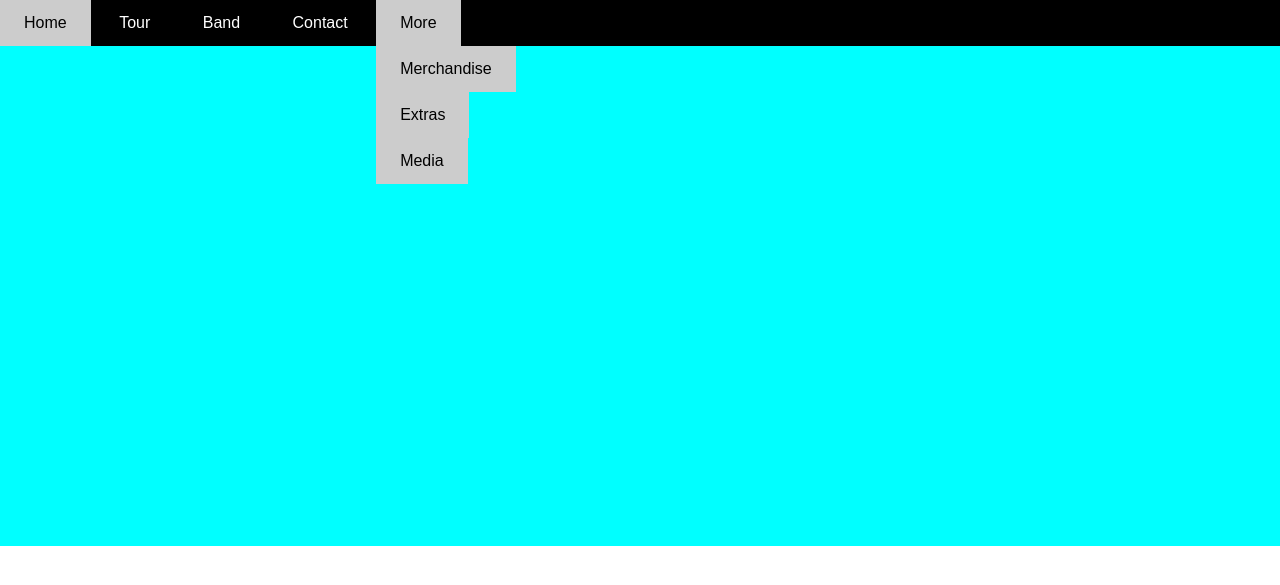
Repository: maivannhan1998/git-w3band
Page: index.html
An editor plug-in stored every save of this project. The page is shown before and after the next save, followed by the edit.
The browser window is 1280 px wide. The pictures show the whole page.
The pointer rests on the first visible `#nav .subnav li`.

Above is the page before, as saved 2021-09-04 18:52:11.

### index.html
<!DOCTYPE html>
<html lang="en">
<head>
    <meta charset="UTF-8">
    <meta http-equiv="X-UA-Compatible" content="IE=edge">
    <meta name="viewport" content="width=device-width, initial-scale=1.0">
    <title>Document</title>
    <link rel="stylesheet" href="./asset/css/style.css">
</head>
<body>
    <div id="main">
        <div id="header">
            <ul id="nav">
                <li><a href="">Home</a></li>
                <li><a href="">Tour</a></li>
                <li><a href="">Band</a></li>
                <li><a href="">Contact</a></li>
                <li><a href="">More</a>
                    <ul class="subnav">
                        <li><a href="">Merchandise</a></li>
                        <li><a href="">Extras</a></li>
                        <li><a href="">Media</a></li>
                    </ul>
                </li>
            </ul>
        </div>

        <div id="slider">

        </div>

        <div id="content">

        </div>

        <div id="footer">

        </div>
    </div>
</body>
</html>

### asset/css/style.css
/* Reset CSS*/
*{
    padding: 0;
    margin: 0;
    box-sizing: border-box;
}

html{
    font-family: Arial, Helvetica, sans-serif;
}

#main{

}

#header{
    height: 46px;
    background-color: #000;
}

/* #nav > li {
    display: block;
} */

#nav li{
    position: relative;
    display: inline-block;
}

#nav > li > a {
    color: #fff;
}

#nav li a {
    text-decoration: none;
    padding: 0 24px;
    line-height: 46px;
    display: inline-block;
}
#nav .subnav li:hover a,
#nav li:hover a {
    color: #000;
    background-color: #ccc;
}

#nav .subnav {
    /* display: none; */
    position: absolute;
    top: 100%;
    left: 0;
}

#nav .subnav a {
    color: #000;
    background-color: #fff;
}

#slider{
    min-height: 500px;
    background-color: aqua;
}

#content{

}

#footer{

}

After the next save:
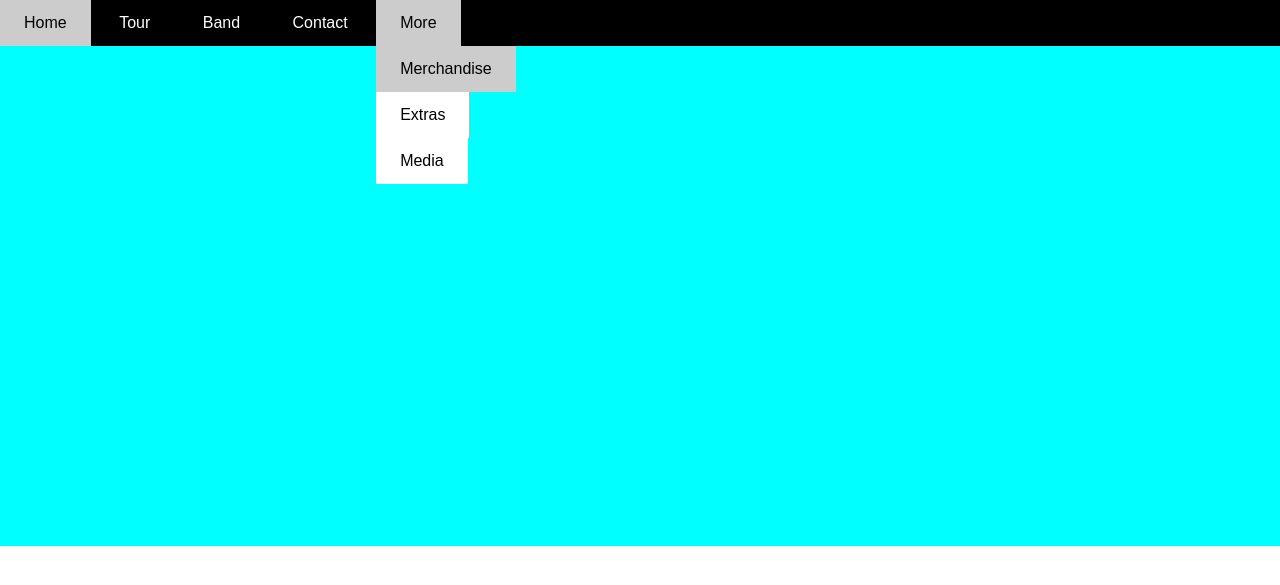
Saved 27 s later.
--- a/asset/css/style.css
+++ b/asset/css/style.css
@@ -38,7 +38,7 @@
     display: inline-block;
 }
 #nav .subnav li:hover a,
-#nav li:hover a {
+#nav > li:hover > a {
     color: #000;
     background-color: #ccc;
 }
